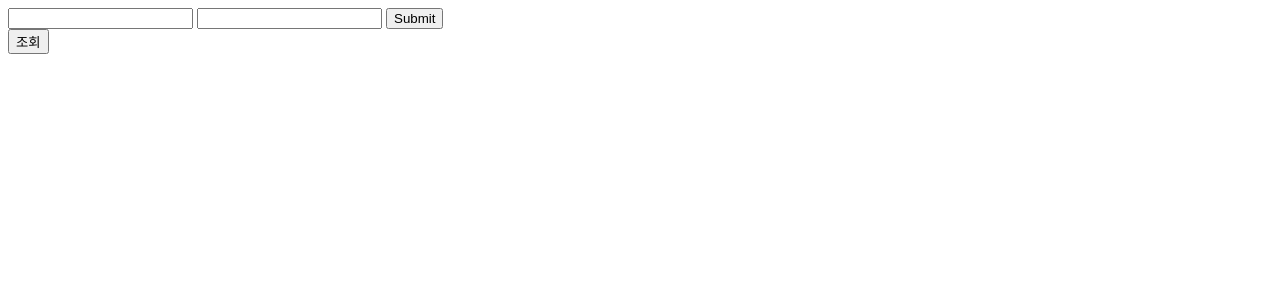
Repository: mobey3/JspProject
Page: http://localhost/JS_JSP/insertUser.jsp
These files come from the project's save history. The page is drawn as it stood at one moment and after the next save; the edit follows.
The browser window is 1280 px wide. The pictures show the whole page.
The page is served by Tomcat 9. Other server files are loaded and not shown.

Above is the page before, as saved 2021-07-20 05:19:19.

### 0720/JS_JSP/src/main/webapp/insertUser.jsp
<%@ page language="java" contentType="text/html; charset=EUC-KR"
    pageEncoding="EUC-KR"%>
<!DOCTYPE html>
<html>
<head>
<meta charset="EUC-KR">
<title>Insert title here</title>
</head>
<body>

<form action="./userJoinAction.jsp" method="post">
	<input type="text" name="userID">
	<input type="password" name="userPassword">
	<input type="submit" name="회원가입">
</form>
<form action="./UseDB" method="post">
	<input type="submit" value="조회">
</form>
</body>
</html>

After the next save:
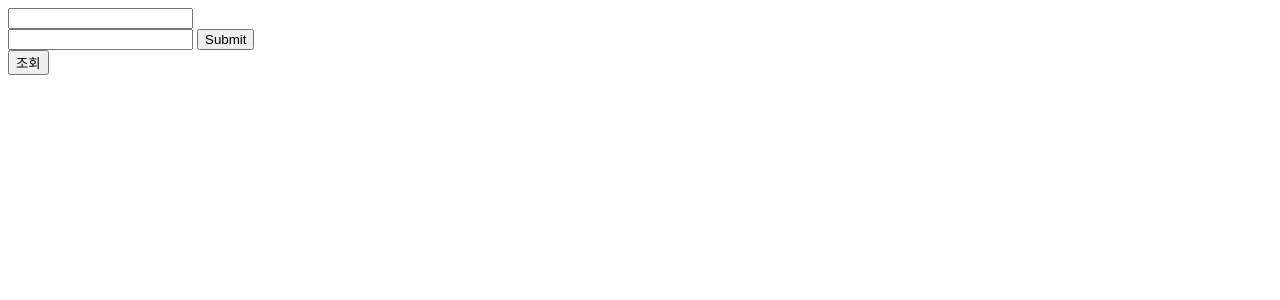
Saved 20 s later.
--- a/0720/JS_JSP/src/main/webapp/insertUser.jsp
+++ b/0720/JS_JSP/src/main/webapp/insertUser.jsp
@@ -9,7 +9,7 @@
 <body>
 
 <form action="./userJoinAction.jsp" method="post">
-	<input type="text" name="userID">
+	<input type="text" name="userID"><br>
 	<input type="password" name="userPassword">
 	<input type="submit" name="회원가입">
 </form>
